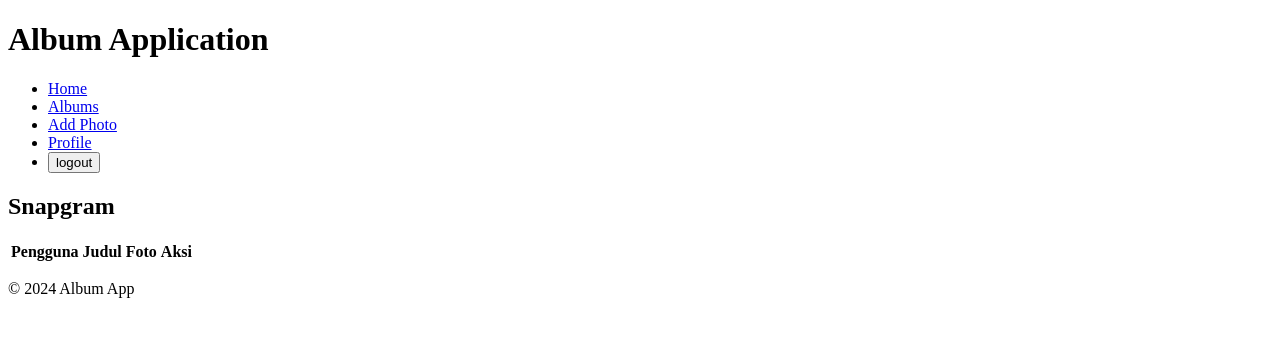
Repository: daffa-alif/snapgram
Page: http://localhost/home
The author's editor kept a copy of each file at every save. The page is drawn from the files as they stood at one save, then again after the next save.
The browser window is 1280 px wide. The pictures show the whole page.
The page is served by the project's Laravel application, run on PHP 8.4 with Laravel 12. A made-up administrator, Test User (test@example.com), is signed in. Other server files are loaded and not shown. Queries for data that is not in the repository find no rows.

Above is the page before, as saved 2024-10-23 08:33:02.

### routes/web.php
<?php

use Illuminate\Support\Facades\Route;
use App\Http\Controllers\{
    AuthController,
    HomeController,
    AlbumController,
    PhotoController,
    ProfileController,
};

// Redirect root URL to login
Route::redirect('/', '/auth/login');

// Authentication routes
Route::controller(AuthController::class)->group(function () {

    Route::get('auth/login', 'showLoginForm')->name('login')->middleware('guest');
    Route::post('auth/postLogin', 'postLogin')->name('postLogin');
    Route::post('logout', 'logout')->name('logout');
    Route::get('auth/register', 'showRegistrationForm')->name('register.form');
    Route::post('auth/register', 'register')->name('register');

   // Routes that require authentication
Route::middleware('auth')->group(function () {
    // Home route
    Route::get('/home', [HomeController::class, 'index'])->name('home');
    // Album resource routes
    Route::resource('albums', AlbumController::class);
    // Photo routes
    Route::resource('photos', PhotoController::class);
    Route::get('/albums/{album}/photos', [PhotoController::class, 'index'])
        ->name('albums.photos');
    Route::post('photos/{photo}/like/', [PhotoController::class, 'like'])
        ->name('photos.like');
    Route::get('/photos/{photo}/comments', [PhotoController::class, 'showComments'])
        ->name('photos.comments');
    Route::post('/photos/{photo}/comments', [PhotoController::class, 'storeComment'])
        ->name('photos.comment.store');

        Route::get('/profile', [ProfileController::class, 'index'])->name('profile.index');
        Route::put('/profile', [ProfileController::class, 'update'])->name('profile.update');
    });
});

### app/Models/User.php
<?php

namespace App\Models;

// use Illuminate\Contracts\Auth\MustVerifyEmail;
use Illuminate\Database\Eloquent\Factories\HasFactory;
use Illuminate\Foundation\Auth\User as Authenticatable;
use Illuminate\Notifications\Notifiable;

class User extends Authenticatable
{
    use HasFactory, Notifiable;

    /**
     * The attributes that are mass assignable.
     *
     * @var array<int, string>
     */
    protected $fillable = [
        'username',
        'email',
        'password',
        'namaLengkap',
        'alamat',
    ];

    protected $primaryKey = 'userID';
    /**
     * The attributes that should be hidden for serialization.
     *
     * @var array<int, string>
     */
    protected $hidden = [
        'password',
        'remember_token',
    ];

    /**
     * Get the attributes that should be cast.
     *
     * @return array<string, string>
     */
    protected function casts(): array
    {
        return [
            'email_verified_at' => 'datetime',
            'password' => 'hashed',
        ];
    }
}

### app/Http/Controllers/HomeController.php
<?php

namespace App\Http\Controllers;

use Illuminate\Http\Request;
use App\Models\Photo; // Add this line to import the Photo model
use App\Models\Album;
use App\Models\LikePhoto;
use App\Models\Comment;
use Illuminate\Support\Facades\Auth;
use Illuminate\Support\Facades\Storage;

class HomeController extends Controller
{
    public function index() {
        $photos = Photo::all();
        return view('home', compact('photos'));
    }
}

### app/Models/Photo.php
<?php

namespace App\Models;

use Illuminate\Database\Eloquent\Model;
use Illuminate\Support\Facades\Auth;

class Photo extends Model
{
    protected $primaryKey = 'fotoID';
    protected $fillable = [
        'judulFoto', 'deskripsi Foto',
        'tanggalUnggah', 'lokasiFile',
        'albumID', 'userID'];

    public function album()
    {
        return $this->belongsTo(Album::class, 'albumID');
    }

    public function user()
    {
        return $this->belongsTo(User::class, 'userID');
    }

    public function likes()
    {
        return $this->hasMany(LikePhoto::class, 'fotoID');
    }

    public function isLikedByAuthUser()
    {
        return $this->likes()->where('userID', Auth::user()->userID)->exists();
    }

    public function comments() {
        return $this->hasMany (Comment::class, 'fotoID');
        }
}

### resources/views/home.blade.php
@extends('layouts.app')

@section('content')
<h2 class="snapgram-title">Snapgram</h2>
<table class="photos-table">
    <thead>
        <tr>
            <th>Pengguna</th>
            <th>Judul</th>
            <th>Foto</th>
            <th>Aksi</th>
        </tr>
    </thead>
    <tbody>
        @foreach($photos as $photo)
        <tr>
            <td>{{ $photo->user->username }}</td>
            <td>{{ $photo->judulFoto }}</td>
            <td>
                <img class="photo-thumbnail"
                     src="{{ asset('storage/' . $photo->lokasiFile) }}"
                     alt="{{ $photo->judulFoto }}">
            </td>
            <td>
                <!-- Like/Unlike button -->
                <form action="{{ route('photos.like', $photo->fotoID) }}" method="POST" class="like-form">
                    @csrf
                    <button type="submit">
                        @if($photo->isLikedByAuthUser())
                            Unlike
                        @else
                            Like
                        @endif
                    </button>
                </form>
                <!-- Comment button -->
                <a href="{{ route('photos.comments', $photo->fotoID) }}" class="comment-button">Komentar</a>
            </td>
        </tr>
        @endforeach
    </tbody>
</table>
@endsection

### resources/views/layouts/app.blade.php
<!DOCTYPE html>
<html lang="en">
<head>
    <meta charset="UTF-8">
    <meta name="viewport" content="width=device-width, initial-scale=1.0">
    <meta http-equiv="X-UA-Compatible" content="ie=edge">
    <title>@yield('title', 'Album App')</title>
</head>
<body>

    <!-- Header -->
    <header>
        <h1>Album Application</h1>
        @section('header')
            <nav>
                <ul>
                    <li><a href="{{ route('home') }}">Home</a></li>
                    <li><a href="{{ route('albums.index') }}">Albums</a></li>
                    <li><a href="{{ route('photos.create') }}">Add Photo</a></li> <!-- New link for photos -->
                    <li><a href="{{ route('profile.index') }}">Profile</a></li>
                    <li><form action="{{ route('logout') }}" method="POST">
                        @csrf
                        <button type="submit">logout</button>
                    </form></li>
                </ul>
            </nav>
        @show
    </header>

    <!-- Content Section -->
    <main>
        @yield('content')
    </main>

    <!-- Footer -->
    <footer>
        @section('footer')
            <p>&copy; 2024 Album App</p>
        @show
    </footer>

</body>
</html>

Loaded but not shown: app/Http/Controllers/Controller.php (common file)

After the next save:
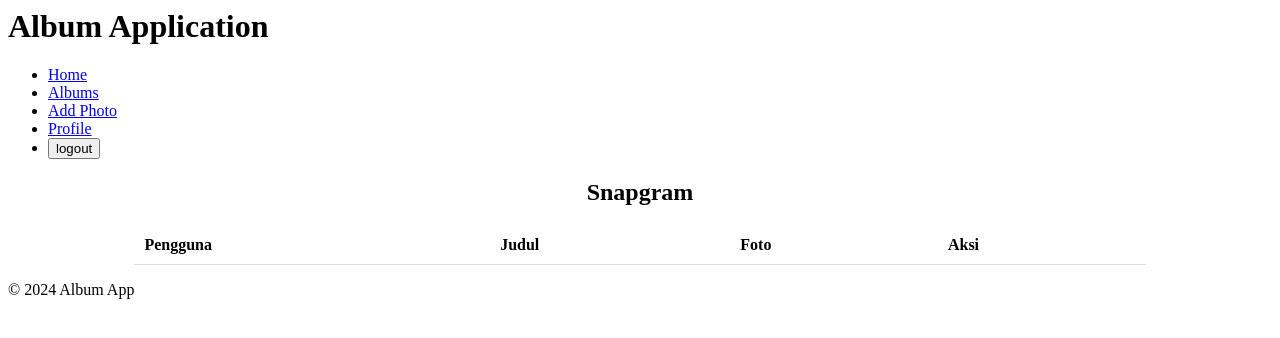
Saved 37 s later.
--- a/resources/views/home.blade.php
+++ b/resources/views/home.blade.php
@@ -41,3 +41,44 @@
     </tbody>
 </table>
 @endsection
+
+<style>
+    .snapgram-title {
+    text-align: center;
+    font-size: 24px;
+}
+
+.photos-table {
+    width: 80%; /* Adjust the table width as needed */
+    margin: 0 auto; /* Centers the table horizontally */
+    border-collapse: collapse;
+}
+
+.photos-table th,
+.photos-table td {
+    padding: 10px;
+    border-bottom: 1px solid #ddd;
+    text-align: left;
+}
+
+.photo-thumbnail {
+    width: 200px;
+    aspect-ratio: 1/1;
+    object-fit: cover;
+}
+
+.like-form {
+    display: inline;
+}
+
+.comment-button {
+    margin-left: 10px;
+    text-decoration: none;
+    color: #007BFF;
+}
+
+.comment-button:hover {
+    text-decoration: underline;
+}
+
+</style>
